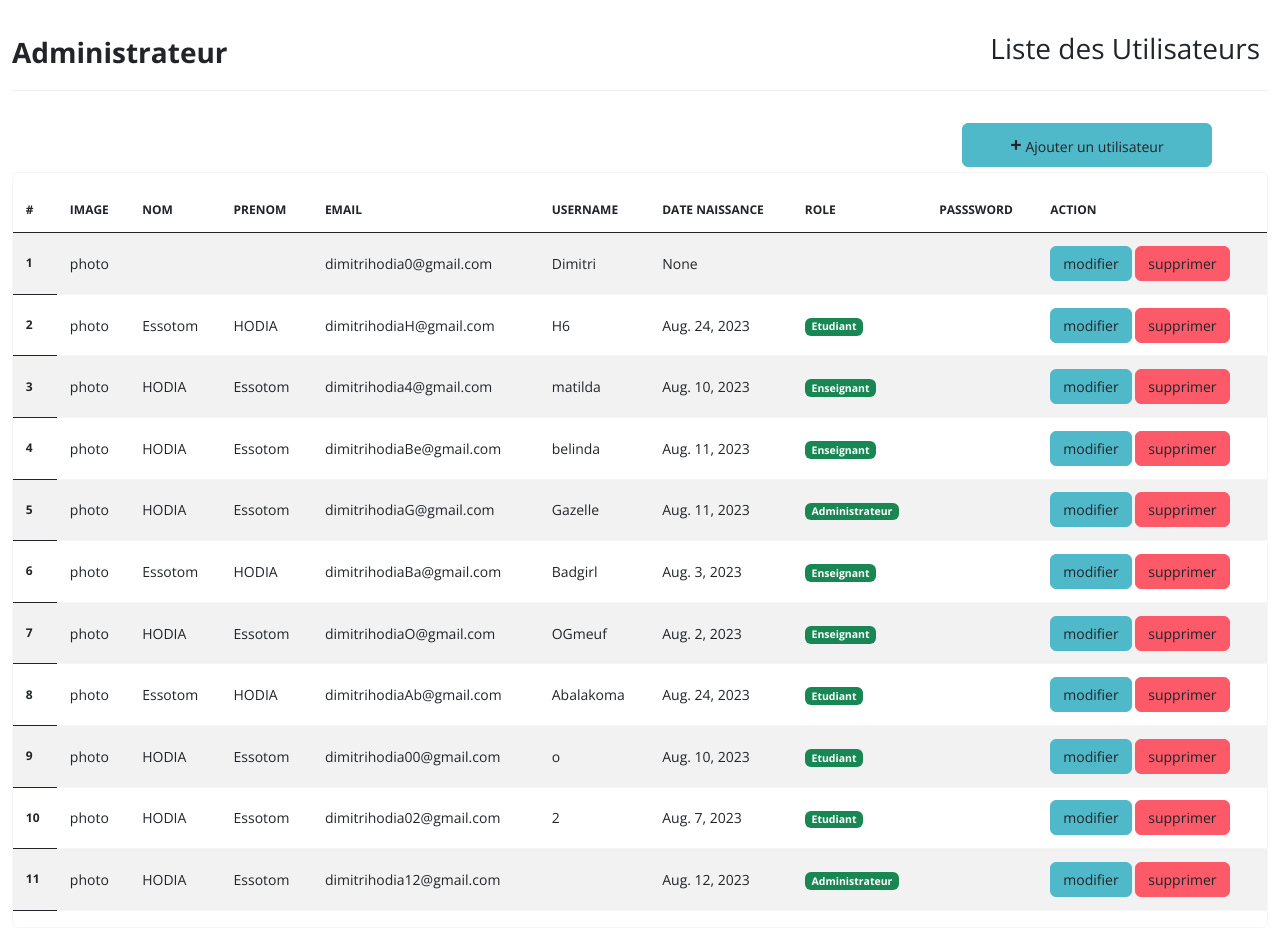
Repository: dimitri0004/Moodle
Page: http://localhost/Admin/user/
An editor plug-in stored every save of this project. The page is shown before and after a run of saves, followed by the edit.
The browser window is 1280 px wide. The pictures show the whole page.
The page is served by the project's application, run on Django 4.2 (manage.py). The database holds what the project's SQL file puts in it.

Above is the page before, as saved 2023-08-20 12:57:07.
Console error: TypeError: Cannot set properties of null (setting 'innerHTML')

After the next 2 saves:
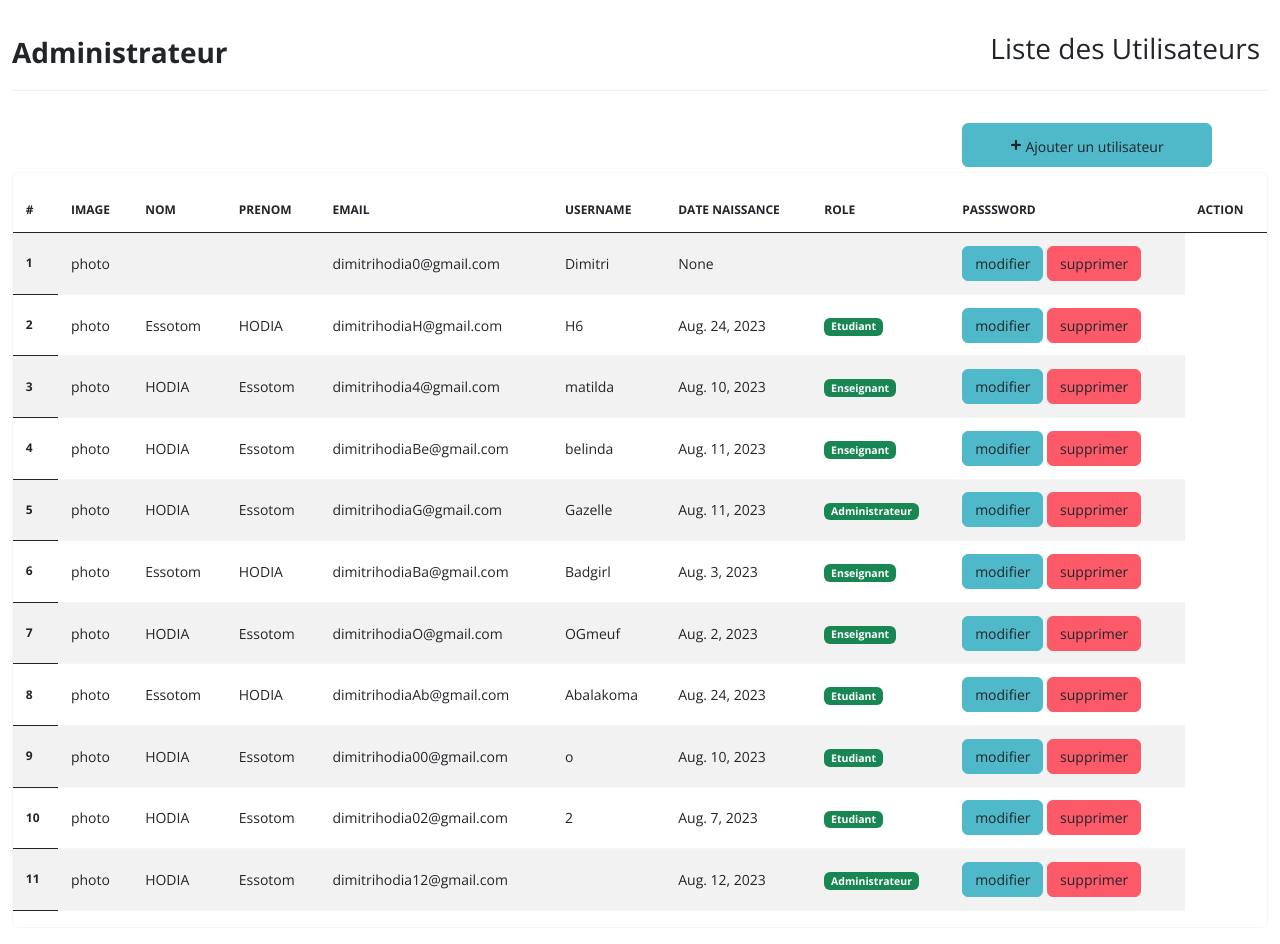
The 2 saves are shown as one change because 1 did not build or start.
The last was saved 2 min 26 s later.
--- a/templates/administrateur/users/utilisateur.html
+++ b/templates/administrateur/users/utilisateur.html
@@ -19,7 +19,7 @@
         <div class="">
             <div class="col">
                 <h3></h3>
-                <a href="{% url 'ajouter_projet' %}" style="width: 250px; margin-left:950px;margin-bottom:5px" class="btn btn-info"><strong style="font-size: 20px; ">+</strong> Ajouter un utilisateur</a>
+                <a href="{% url 'inscription' %}" style="width: 250px; margin-left:950px;margin-bottom:5px" class="btn btn-info"><strong style="font-size: 20px; ">+</strong> Ajouter un utilisateur</a>
                 <div class="card teacher-card">
 
                     <p class=" alert-success">{{ message }}</p>
@@ -53,7 +53,6 @@
                                 <td>{{ user.username }}</td>
                                 <td>{{ user.birthdate }}</td>
                                 <td  ><strong class="badge bg-success">{{ user.role }}</strong></td>
-                                <td>{{ user.confirmePassword }}</td>
                                 <td>
                                     <a href="" class="btn btn-info">modifier</a>
                                     <a href="" class="btn btn-danger">supprimer</a>
